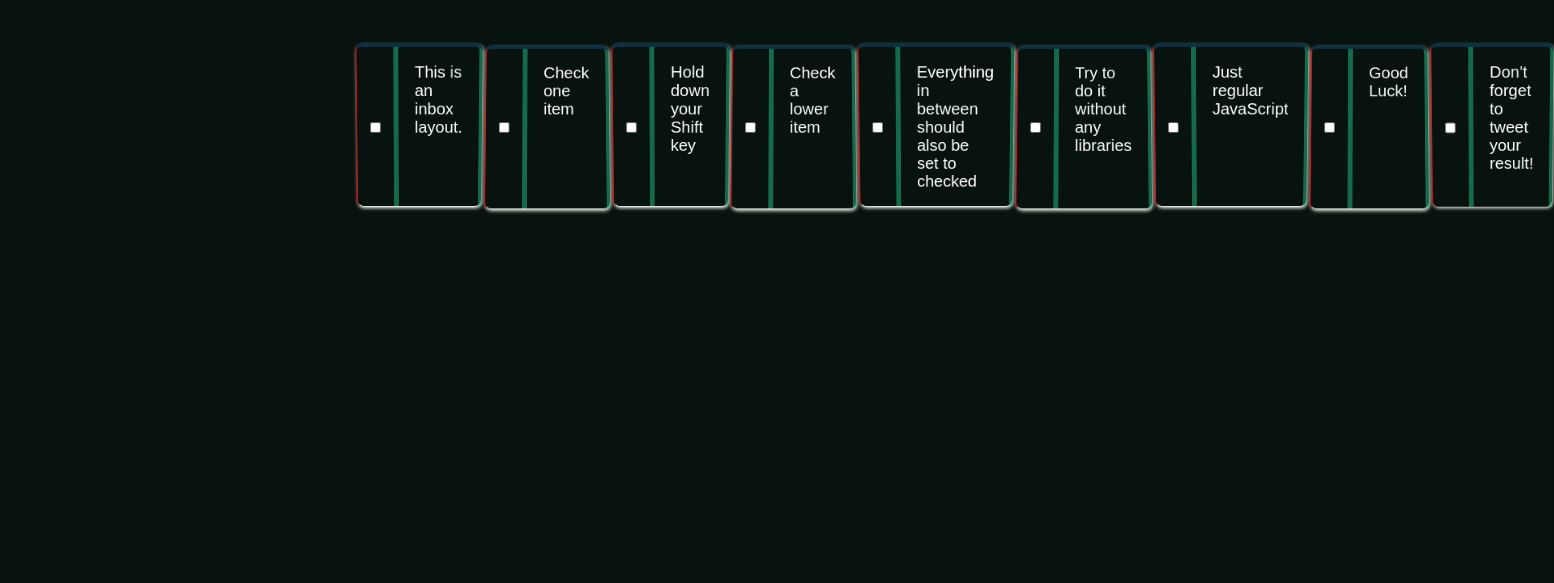
Repository: Freezler/Shift-Select-Checkboxes
Page: index.html
These files come from the project's save history. The page is drawn as it stood at one moment and after the next save; the edit follows.
The browser window is 1280 px wide. The page is 1918 px wide, then 1280 px, so the pictures cover 1918 px, including what lies to the right of the window. The pictures show the whole page, at 81% of full size.

Above is the page before, as saved 2024-09-07 22:50:46.

After the next save:
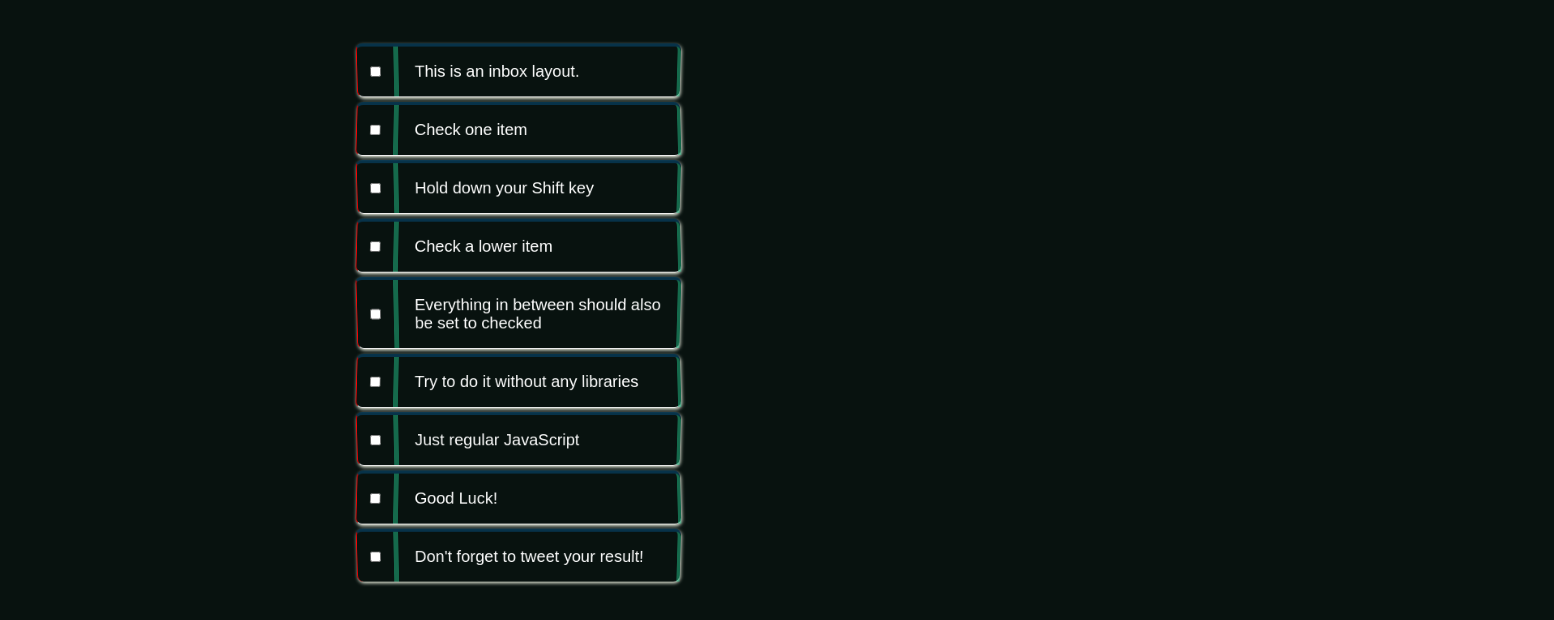
Saved 24 s later.
--- a/index.html
+++ b/index.html
@@ -24,6 +24,8 @@
       gap: 4px;
       border-radius: 5px;
       display: flex;
+      flex-direction: column;
+      background: hsla(164, 41%, 5%, 1);
     }
 
     .item {
